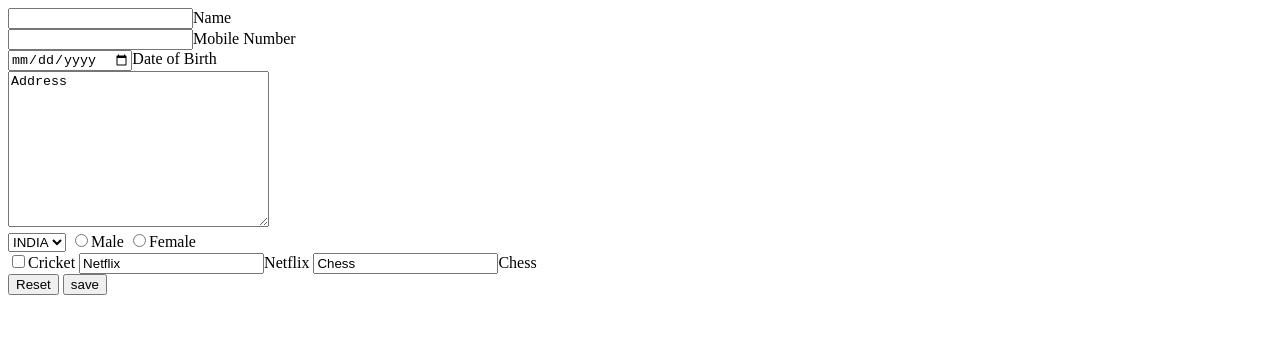
Repository: mannu343/project
Page: student/src/main/webapp/student.html
An editor plug-in stored every save of this project. The page is shown before and after the next save, followed by the edit.
The browser window is 1280 px wide. The pictures show the whole page.

Above is the page before, as saved 2023-01-31 17:24:20.

### student/src/main/webapp/student.html
<!DOCTYPE html>
<html>
<head>
<meta charset="ISO-8859-1">
<title>Insert title here</title>
</head>
<body>
<form action="save">
<input name="name" type="text">Name <br>
<input name="mob" type="number">Mobile Number <br>
<input name="dob" type="date">Date of Birth <br>
<textarea name="ads" rows="10" cols="30">Address</textarea><br>
<select name="Contry">
<option value="INDIA">INDIA</option>
<option value="BAN">BAN</option>
<option value="PAK">PAK</option>
b
</select>
<input name="gen" type="radio" value="Male">Male
<input name="gen" type="radio" value="Female">Female <br>
<input type="checkbox" name="hobies" value="Cricket">Cricket
<input name="hobies" value="Netflix">Netflix
<input name="hobies" value="Chess">Chess <br>


<input type="reset">
<button>save</button>


</form>

</body>
</html>

After the next save:
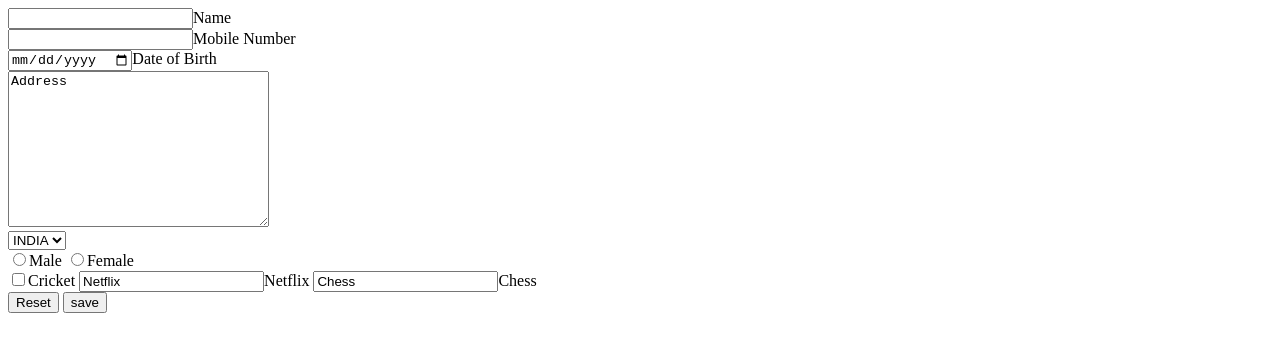
Saved 8 s later.
--- a/student/src/main/webapp/student.html
+++ b/student/src/main/webapp/student.html
@@ -14,8 +14,7 @@
 <option value="INDIA">INDIA</option>
 <option value="BAN">BAN</option>
 <option value="PAK">PAK</option>
-b
-</select>
+</select><br>
 <input name="gen" type="radio" value="Male">Male
 <input name="gen" type="radio" value="Female">Female <br>
 <input type="checkbox" name="hobies" value="Cricket">Cricket
